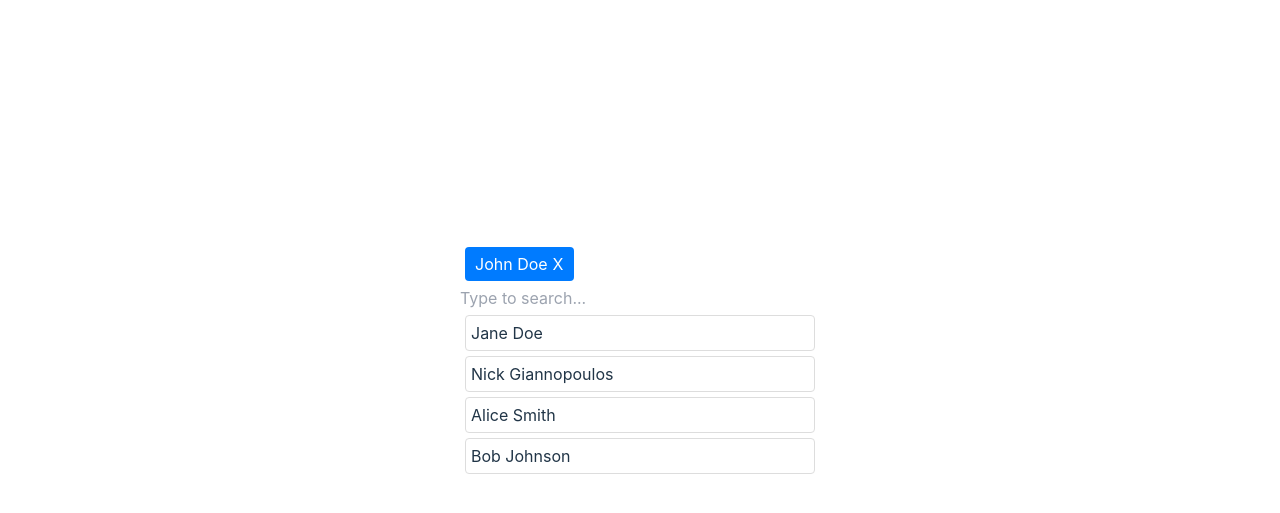
Repository: Ayansaxena24/Chip
Page: /, after clicking the first element matching `li`
The author's editor kept a copy of each file at every save. The page is drawn from the files as they stood at one save, then again after a run of saves.
The browser window is 1280 px wide. The pictures show the whole page.
Some web libraries are served in a nearby version. The project was rebuilt for these pictures with package versions that can differ from the ones it lists, and the page was loaded fresh each time. Also part of the build but not shown: vite.config.ts.

Above is the page before, as saved 2024-01-16 03:00:52.

### index.html
<!doctype html>
<html lang="en">
  <head>
    <meta charset="UTF-8" />
    <link rel="icon" type="image/svg+xml" href="/vite.svg" />
    <meta name="viewport" content="width=device-width, initial-scale=1.0" />
    <script src="https://cdn.tailwindcss.com"></script>    <title>Vite + React + TS</title>
  </head>
  <body>
    <div id="root"></div>
    <script type="module" src="/src/main.tsx"></script>
  </body>
</html>

### src/App.tsx
import { BrowserRouter as Router, Routes, Route } from 'react-router-dom'
import ChipInput from './chipInput'

const App = () => {
  return (
    <Router>
      <Routes>
      <Route path="/" element={<ChipInput />} />
      </Routes>
    </Router>
  )
}

export default App

### src/ChipInput.tsx
// ChipInput.tsx

import React, {
  useState,
  useRef,
  useEffect,
  KeyboardEvent,
  ChangeEvent,
} from "react";
import "./ChipInput.css"; // Import your CSS file (e.g., TailwindCss/SCSS)

interface Chip {
  id: number;
  label: string;
}

const ChipInput: React.FC = () => {
  const [inputValue, setInputValue] = useState<string>("");
  const [chips, setChips] = useState<Chip[]>([]);
  const [filteredItems, setFilteredItems] = useState<string[]>([]);
  const inputRef = useRef<HTMLInputElement>(null);

  const items = [
    "John Doe",
    "Jane Doe",
    "Nick Giannopoulos",
    "Alice Smith",
    "Bob Johnson",
  ];

  useEffect(() => {
    setFilteredItems(
      items.filter((item) => !chips.find((chip) => chip.label === item))
    );
  }, [chips]);

  const handleInputChange = (e: ChangeEvent<HTMLInputElement>) => {
    const value = e.target.value;
    setInputValue(value);

    if (value.trim() === "" && chips.length > 0) {
      highlightLastChip();
    } else {
      setFilteredItems(
        items.filter((item) => item.toLowerCase().includes(value.toLowerCase()))
      );
    }
  };

  const handleChipClick = (item: string) => {
    setChips((prevChips) => [...prevChips, { id: Date.now(), label: item }]);
    setInputValue("");
  };

  const handleChipRemove = (id: number) => {
    setChips((prevChips) => prevChips.filter((chip) => chip.id !== id));
  };

  const handleInputKeyDown = (e: KeyboardEvent<HTMLInputElement>) => {
    if (e.key === "Backspace" && inputValue === "" && chips.length > 0) {
      e.preventDefault();
      const lastChip = chips[chips.length - 1];
      handleChipRemove(lastChip.id);
    }
  };

  const highlightLastChip = () => {
    const lastChip = document.querySelector(".chip:last-child");
    if (lastChip) {
      lastChip.classList.add("highlighted");
    }
  };

  return (
    <div className="w-screen flex justify-center items-center">
      <div className="flex flex-col w-[50vh]">
        <div className="flex flex-wrap">
          {chips.map((chip) => (
            <div
              key={chip.id}
              className="chip"
              onClick={() => handleChipRemove(chip.id)}
            >
              {chip.label}
              <span className="chip-remove">X</span>
            </div>
          ))}
          <input
            ref={inputRef}
            type="text"
            value={inputValue}
            onChange={handleInputChange}
            onKeyDown={handleInputKeyDown}
            placeholder="Type to search..."
          />
        </div>
        <ul className="item-list">
          {filteredItems.map((item) => (
            <li key={item} onClick={() => handleChipClick(item)}>
              {item}
            </li>
          ))}
        </ul>
      </div>
    </div>
  );
};

export default ChipInput;

### src/ChipInput.css
/* ChipInput.css */

  .chip {
    background-color: #007bff;
    color: #fff;
    padding: 5px 10px;
    margin: 5px;
    border-radius: 4px;
    cursor: pointer;
    display: flex;
    align-items: center;
  }

  .chip-remove {
    margin-left: 5px;
    cursor: pointer;
  }

  .highlighted {
    background-color: #ffcc00;
  }

  .item-list {
    list-style: none;
    padding: 0;
    margin: 0;
  }

  .item-list li {
    cursor: pointer;
    padding: 5px;
    margin: 5px;
    border: 1px solid #ddd;
    border-radius: 4px;
  }

  .item-list li:hover {
    background-color: #f0f0f0;
  }

Loaded but not shown: src/main.tsx (common file); src/index.css (common file)

After the next 3 saves:
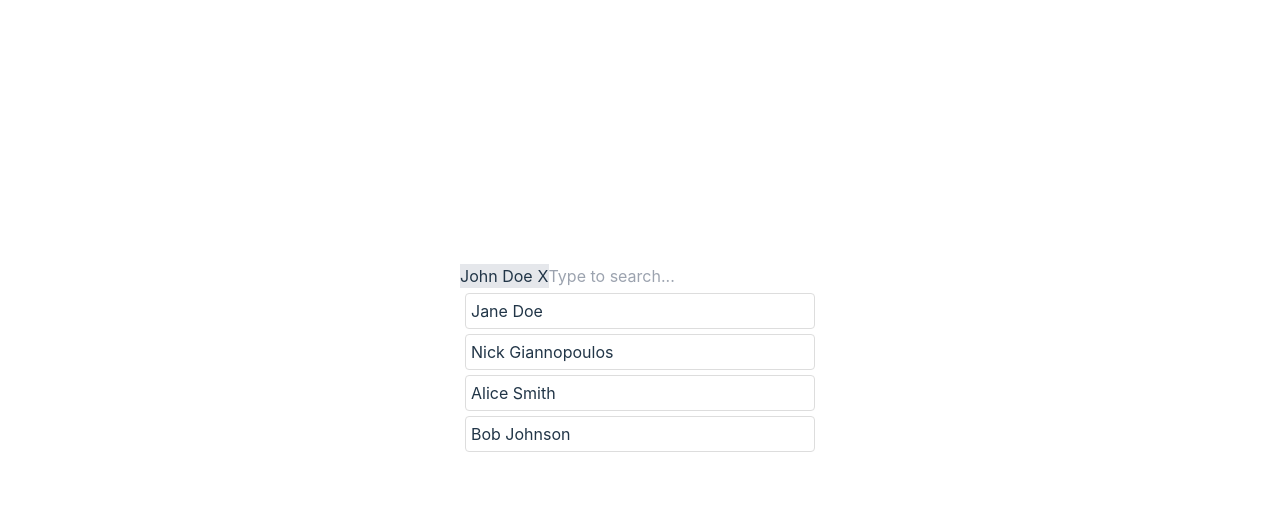
The 3 saves are shown as one change because they came seconds apart.
The last was saved 5 min 18 s later.
--- a/src/ChipInput.tsx
+++ b/src/ChipInput.tsx
@@ -78,7 +78,7 @@ const ChipInput: React.FC = () => {
           {chips.map((chip) => (
             <div
               key={chip.id}
-              className="chip"
+              className="bg-gray-200"
               onClick={() => handleChipRemove(chip.id)}
             >
               {chip.label}
